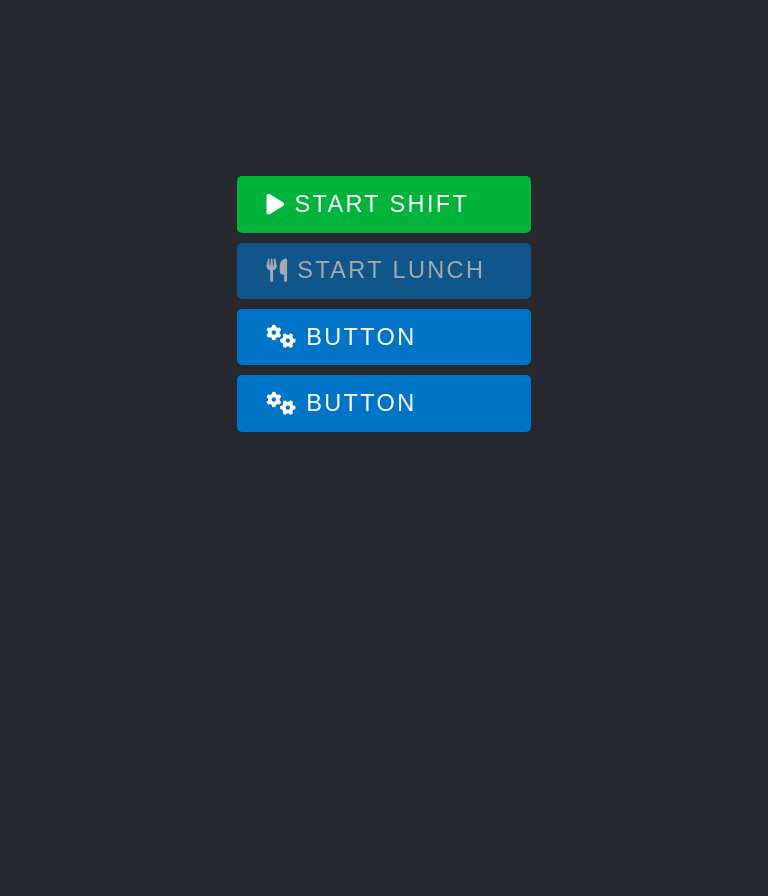
Repository: Philip-Rogers/button-state
Page: index.html
The author's editor kept a copy of each file at every save. The page is drawn from the files as they stood at one save, then again after the next save.
The browser window is 768 px wide. The pictures show the whole page.

Above is the page before, as saved 2024-08-14 22:10:25.

### index.html
<!DOCTYPE html>
<html lang="en">

<head>
    <meta charset="UTF-8">
    <meta name="viewport" content="width=device-width, initial-scale=1.0">
    <title>Shift and Lunch Toggle Buttons</title>
    <link rel="stylesheet" href="index.css">
    <link rel="stylesheet" href="https://cdnjs.cloudflare.com/ajax/libs/font-awesome/6.5.1/css/all.min.css"
        integrity="sha512-DTOQO9RWCH3ppGqcWaEA1BIZOC6xxalwEsw9c2QQeAIftl+Vegovlnee1c9QX4TctnWMn13TZye+giMm8e2LwA=="
        crossorigin="anonymous" referrerpolicy="no-referrer" />
</head>

<body>

    <!-- Container to hold all buttons -->
    <div class="button-container">
        <!-- Shift Button -->
        <button id="shiftButton" class="toggle-button" onclick="toggleShift()">
            <i class="fa fa-play"></i> Start Shift
        </button>

        <!-- Lunch Button -->
        <button id="lunchButton" class="toggle-button" onclick="toggleLunch()" disabled>
            <i class="fa fa-utensils"></i> Start Lunch
        </button>

        <!-- Placeholder Button 1 -->
        <button id="placeholderButton1" class="toggle-button">
            <i class="fa fa-cogs"></i> Button
        </button>

        <!-- Placeholder Button 2 -->
        <button id="placeholderButton2" class="toggle-button">
            <i class="fa fa-cogs"></i> Button
        </button>
    </div>

    <script>
        let shiftState = 'start'; // Tracks the state of the Shift button
        let lunchState = 'start'; // Tracks the state of the Lunch button

        // Function to toggle the Shift button text and color
        function toggleShift() {
            const shiftButton = document.getElementById('shiftButton');
            const lunchButton = document.getElementById('lunchButton');

            if (shiftState === 'start') {
                shiftButton.innerHTML = '<i class="fa fa-stop"></i> Stop Shift';
                shiftButton.style.backgroundColor = 'hsl(354, 70%, 54%)'; // Red for Stop Shift
                shiftState = 'stop';
                lunchButton.disabled = false; // Enable the Lunch button when Shift is started
                lunchButton.style.backgroundColor = 'hsl(140, 100%, 35%)'; // Change background color to green
            } else {
                // Revert all buttons to their default state
                shiftButton.innerHTML = '<i class="fa fa-play"></i> Start Shift';
                shiftButton.style.backgroundColor = 'hsl(140, 100%, 35%)'; // Green for Start Shift
                shiftState = 'start';
                lunchButton.disabled = true; // Disable the Lunch button when Shift is stopped
                lunchButton.innerHTML = '<i class="fa fa-utensils"></i> Start Lunch'; // Reset Lunch button text
                lunchButton.style.backgroundColor = 'hsl(205, 100%, 39%)'; // Reset Lunch button color
                lunchState = 'start'; // Reset Lunch button state
            }
        }

        // Function to toggle the Lunch button text and color
        function toggleLunch() {
            const shiftButton = document.getElementById('shiftButton');
            const lunchButton = document.getElementById('lunchButton');

            if (lunchState === 'start') {
                lunchButton.innerHTML = '<i class="fa fa-stop"></i> Stop Lunch';
                lunchButton.style.backgroundColor = 'hsl(354, 70%, 54%)'; // Red for Stop Lunch

                if (shiftState === 'stop') {
                    shiftButton.style.backgroundColor =
                        'hsl(354, 70%, 44%)'; // Darkened red for Stop Shift when disabled
                    shiftButton.disabled = true; // Disable the Stop Shift button
                }

                lunchState = 'stop';
            } else {
                lunchButton.innerHTML = '<i class="fa fa-utensils"></i> Start Lunch';
                lunchButton.style.backgroundColor = 'hsl(205, 100%, 39%)'; // Blue background for Stop Lunch
                lunchButton.disabled = true; // Disable the Stop Lunch button

                if (shiftState === 'stop') {
                    shiftButton.style.backgroundColor = 'hsl(354, 70%, 54%)'; // Restore the red color for Stop Shift
                    shiftButton.disabled = false; // Re-enable the Stop Shift button
                }

                lunchState = 'start';
            }
        }
    </script>

</body>

</html>

### index.css
@font-face {
    font-family: "Waltograph";
    src: url(../fonts/waltograph42.otf) format("opentype");
}

@font-face {
    font-family: "Charlemagne";
    src: url(../fonts/CharlemagneStd-Bold.otf) format("opentype");
}

@font-face {
    font-family: "Brandon Grotesque";
    src: url(../fonts/brandon-grotesque-light-58a8a4b38001d.otf) format("opentype");
}

body {
    font-family: "Brandon Grotesque";
    background-color: hsl(225, 9%, 17%);
    margin: 0;
    display: flex;
    justify-content: center;
    align-items: center;
    height: 100vh;
    overflow: hidden;
    /* Prevent scrolling */
}

button {
    font-size: 1.25em;
    display: block;
    border-radius: 5px;
    background-color: hsl(140, 100%, 35%);
    color: hsl(354, 70%, 100%);
    padding: 1em 1.25em;
    width: 300px;
    cursor: pointer;
    border: none;
    text-transform: uppercase;
    letter-spacing: 0.1em;
    transition: all .2s ease-in-out;
}

#shiftButton i {
    margin-right: 8px;
}

#shiftButton.stopShift {
    background-color: hsl(354, 70%, 54%);
}

.button-container {
    display: flex;
    flex-direction: column;
    align-items: center;
    justify-content: center;
    gap: 10px;
    /* Ensure the container takes up full viewport height */
    height: 100%;
}

.toggle-button {
    color: hsl(354, 70%, 100%);
    background-color: hsl(140, 100%, 35%);
    border: none;
    padding: 10px 20px;
    font-size: 16px;
    cursor: pointer;
    display: flex;
    align-items: center;
    width: 200px;
}

#lunchButton,
#placeholderButton1,
#placeholderButton2 {
    background-color: hsl(205, 100%, 39%);
}

.toggle-button i {
    margin-right: 8px;
}

.toggle-button:disabled {
    cursor: not-allowed;
    opacity: 0.6;
}


/* Media Queries for Responsive Design */
@media (max-width: 768px) {
    button {
        font-size: 1.8375em;
        /* 45% larger (40% + 5%) */
        width: 441px;
        /* 45% larger */
        padding: 1.47em 1.8375em;
        /* 45% larger */
    }

    .toggle-button {
        font-size: 23.52px;
        /* 45% larger */
        width: 294px;
        /* 45% larger */
        padding: 14.7px 29.4px;
        /* 45% larger */
    }

    .button-container {
        align-items: center;
        padding-bottom: 25%;
        /* Increased to 20% bottom padding */
    }
}

@media (max-width: 480px) {
    button {
        font-size: 1.8375em;
        /* 45% larger (40% + 5%) */
        width: 294px;
        /* 45% larger */
        padding: 0.735em 1.1025em;
        /* 45% larger */
    }

    .toggle-button {
        font-size: 17.64px;
        /* 45% larger */
        width: 220.5px;
        /* 45% larger */
        padding: 8.82px 17.64px;
        /* 45% larger */
    }

    .button-container {
        gap: 8px;
        align-items: center;
        padding-bottom: 25%;
        /* Increased to 20% bottom padding */
    }
}

After the next save:
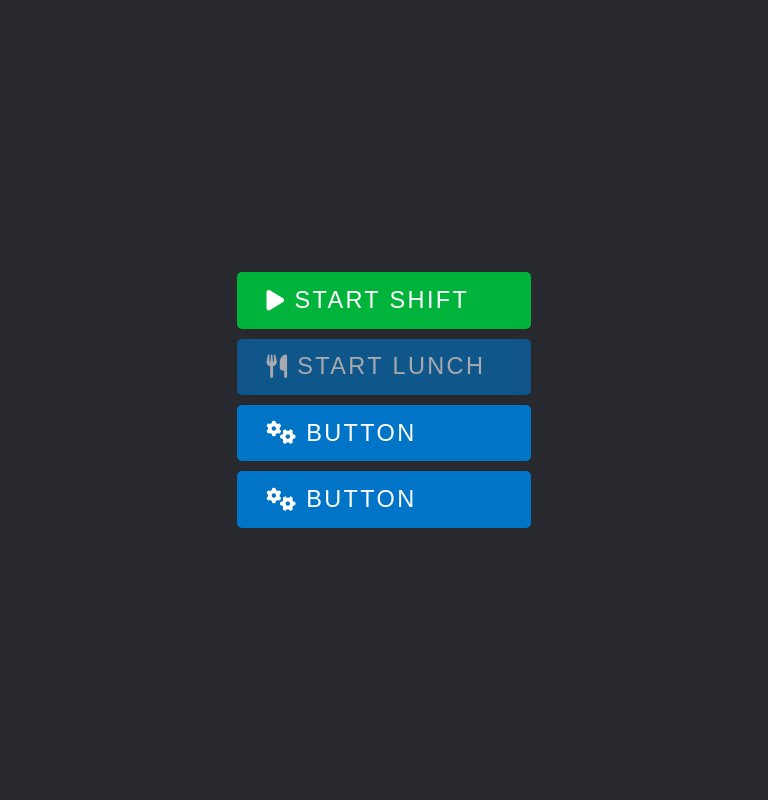
Saved 69 min 1 s later.
--- a/index.css
+++ b/index.css
@@ -108,7 +108,7 @@ button {
 
     .button-container {
         align-items: center;
-        padding-bottom: 25%;
+        /* padding-bottom: 25%; */
         /* Increased to 20% bottom padding */
     }
 }
